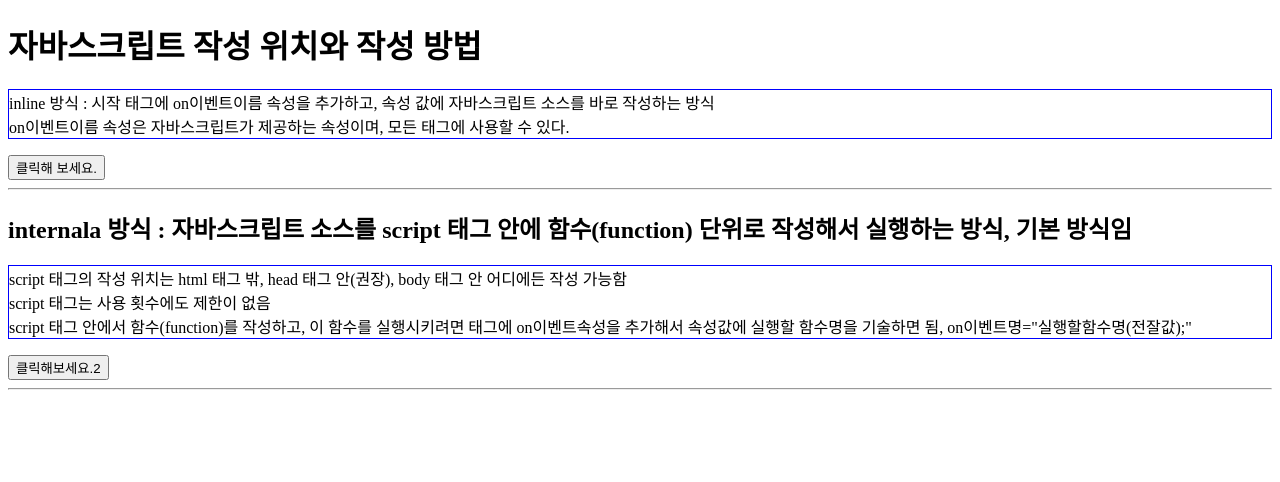
Repository: bianchi112/ict-data
Page: web_workspace/testJavaScriptProject/src/main/webapp/views/testjs/sample1.html
An editor plug-in stored every save of this project. The page is shown before and after the next save, followed by the edit.
The browser window is 1280 px wide. The pictures show the whole page.

Above is the page before, as saved 2024-09-03 02:11:47.

### web_workspace/testJavaScriptProject/src/main/webapp/views/testjs/sample1.html
<!DOCTYPE html>
<html lang="ko">
<head>
<meta charset="UTF-8">
<title>sample1</title>
<style type="text/css">
p { border: 1px solid blue; }
</style>
</head>
<body>
<h1>자바스크립트 작성 위치와 작성 방법</h1>
<p id="demo1">
inline 방식 : 시작  태그에 on이벤트이름 속성을 추가하고, 속성 값에 자바스크립트 소스를 바로 작성하는 방식<br>
on이벤트이름 속성은 자바스크립트가 제공하는 속성이며, 모든 태그에 사용할 수 있다.
</p>
<button onclick="document.getElementById('demo1').innerHTML='onclick 속성에 자바스크립트를 직접 작성한 경우의 체스트 확인글!';">클릭해 보세요.</button> <br>
<hr>
<h2>internala 방식 : 자바스크립트 소스를 script 태그 안에 함수(function) 단위로 작성해서 실행하는 방식,
기본 방식임</h2>
<p id="demo2">
script 태그의 작성 위치는 html 태그 밖, head 태그 안(권장), body 태그 안 어디에든 작성 가능함 <br>
script 태그는 사용 횟수에도 제한이 없음 <br>
script 태그 안에서 함수(function)를 작성하고, 이 함수를 실행시키려면 태그에 on이벤트속성을 추가해서
속성값에 실행할 함수명을 기술하면 됨, on이벤트명="실행할함수명(전잘값);"
</p>
<button onclick="myFonc1();">클릭해보세요.2</button>
<script type="text/javascript">
function myFunc1() {
	var demo2 = document.getElementById("demo2");
	window.alert(demo2.innerHTML);
	demo2.innerHTML = "script 태그 안에 작성된 함수 myFunc1"
}
</script>
<br>
<hr>

<h2></h2>
</body>
</html>

After the next save:
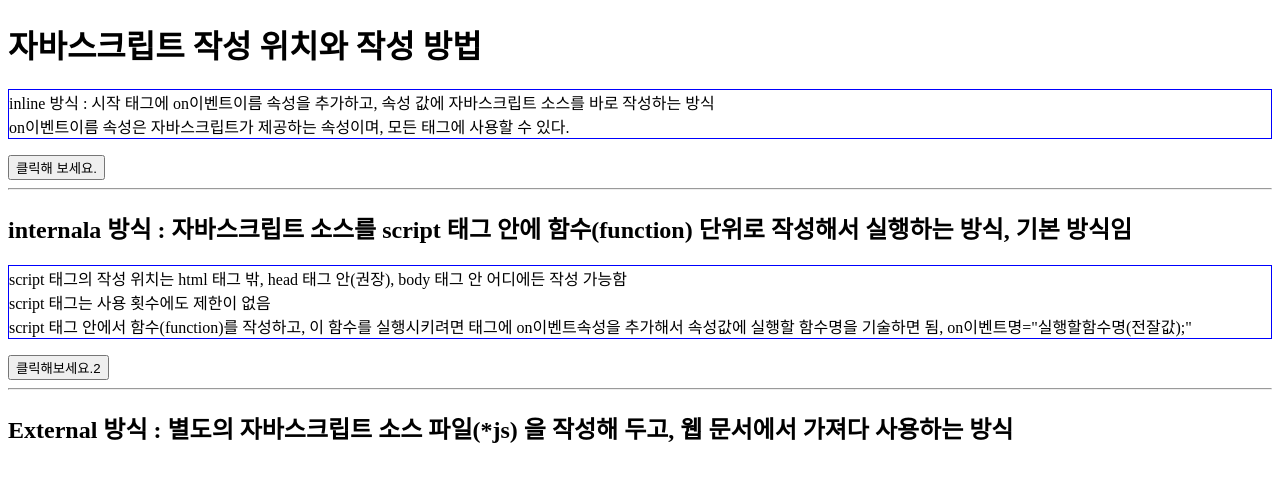
Saved 55 s later.
--- a/web_workspace/testJavaScriptProject/src/main/webapp/views/testjs/sample1.html
+++ b/web_workspace/testJavaScriptProject/src/main/webapp/views/testjs/sample1.html
@@ -34,6 +34,6 @@ function myFunc1() {
 <br>
 <hr>
 
-<h2></h2>
+<h2>External 방식 : 별도의 자바스크립트 소스 파일(*js) 을 작성해 두고, 웹 문서에서 가져다 사용하는 방식</h2>
 </body>
 </html>
